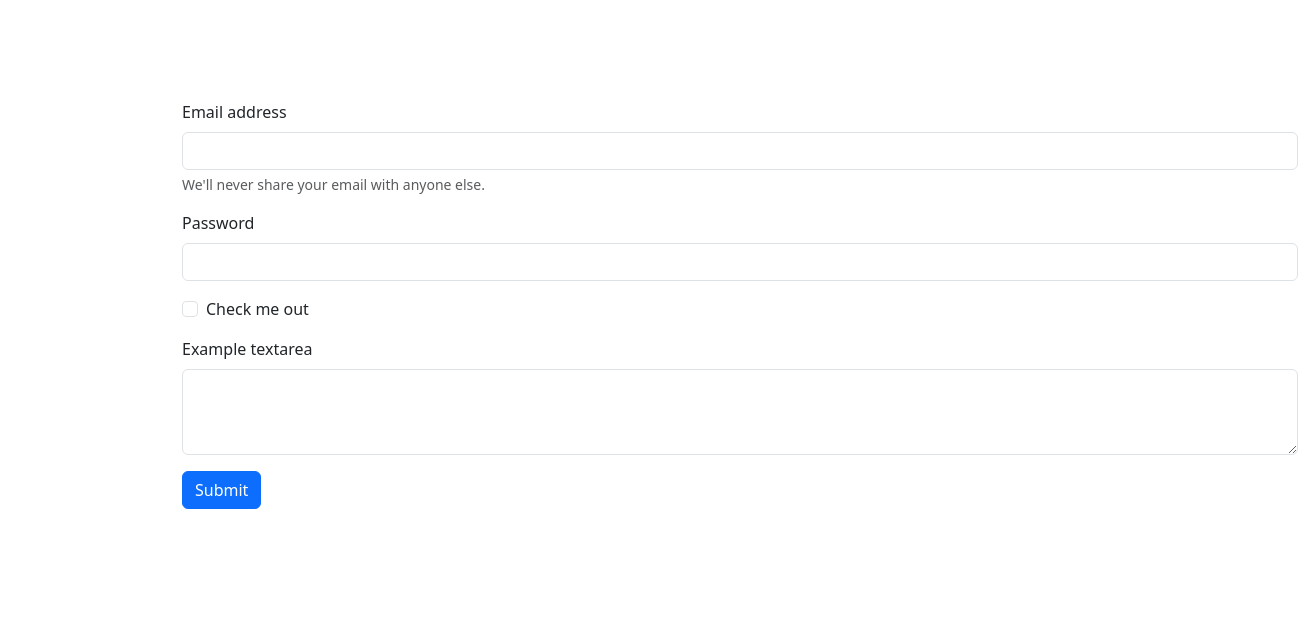
Repository: lemoueno/programme_dev_fullstack
Page: bootstrap/form/form.html
These files come from the project's save history. The page is drawn as it stood at one moment and after the next save; the edit follows.
The browser window is 1280 px wide. The page is 1310 px wide, so the pictures cover 1310 px, including what lies to the right of the window. The pictures show the whole page.

Above is the page before, as saved 2023-12-03 17:08:04.

After the next save:
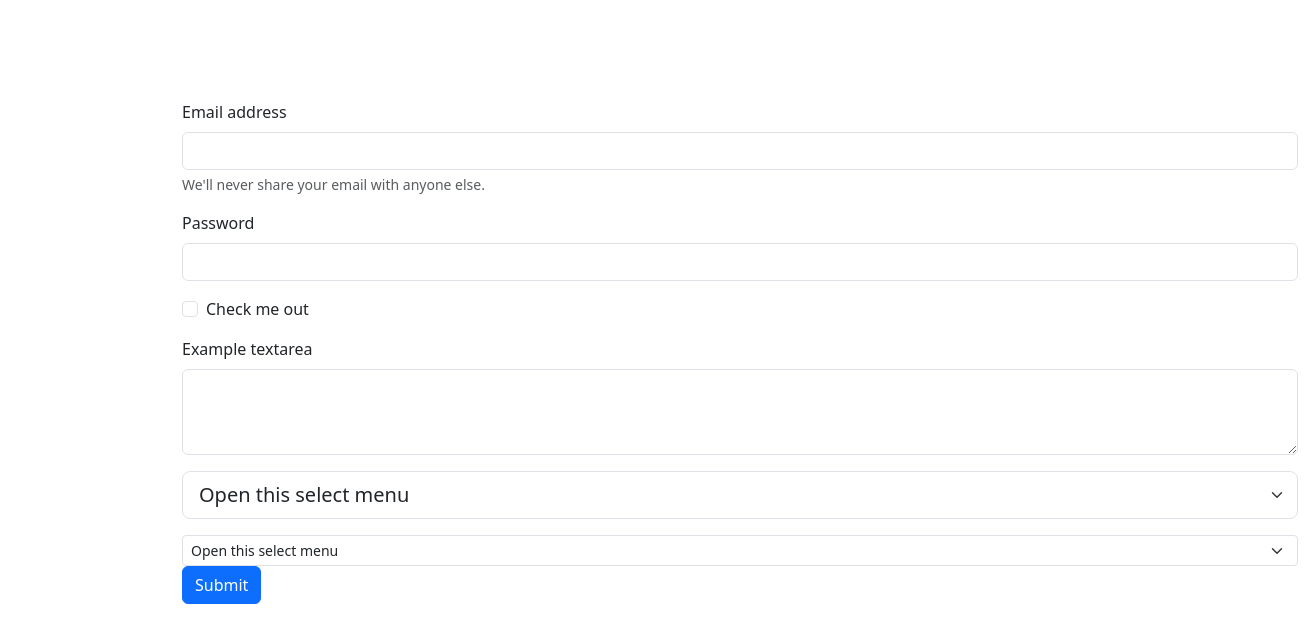
Saved 4 min 2 s later.
--- a/bootstrap/form/form.html
+++ b/bootstrap/form/form.html
@@ -27,6 +27,19 @@
                     <label for="exampleFormControlTextarea1" class="form-label">Example textarea</label>
                     <textarea class="form-control" id="exampleFormControlTextarea1" rows="3"></textarea>
                   </div>
+                  <select class="form-select form-select-lg mb-3" aria-label="Large select example">
+                    <option selected>Open this select menu</option>
+                    <option value="1">One</option>
+                    <option value="2">Two</option>
+                    <option value="3">Three</option>
+                  </select>
+
+                  <select class="form-select form-select-sm" aria-label="Small select example">
+                    <option selected>Open this select menu</option>
+                    <option value="1">One</option>
+                    <option value="2">Two</option>
+                    <option value="3">Three</option>
+                  </select>
                 <button type="submit" class="btn btn-primary">Submit</button>
               </form>
         </div>
